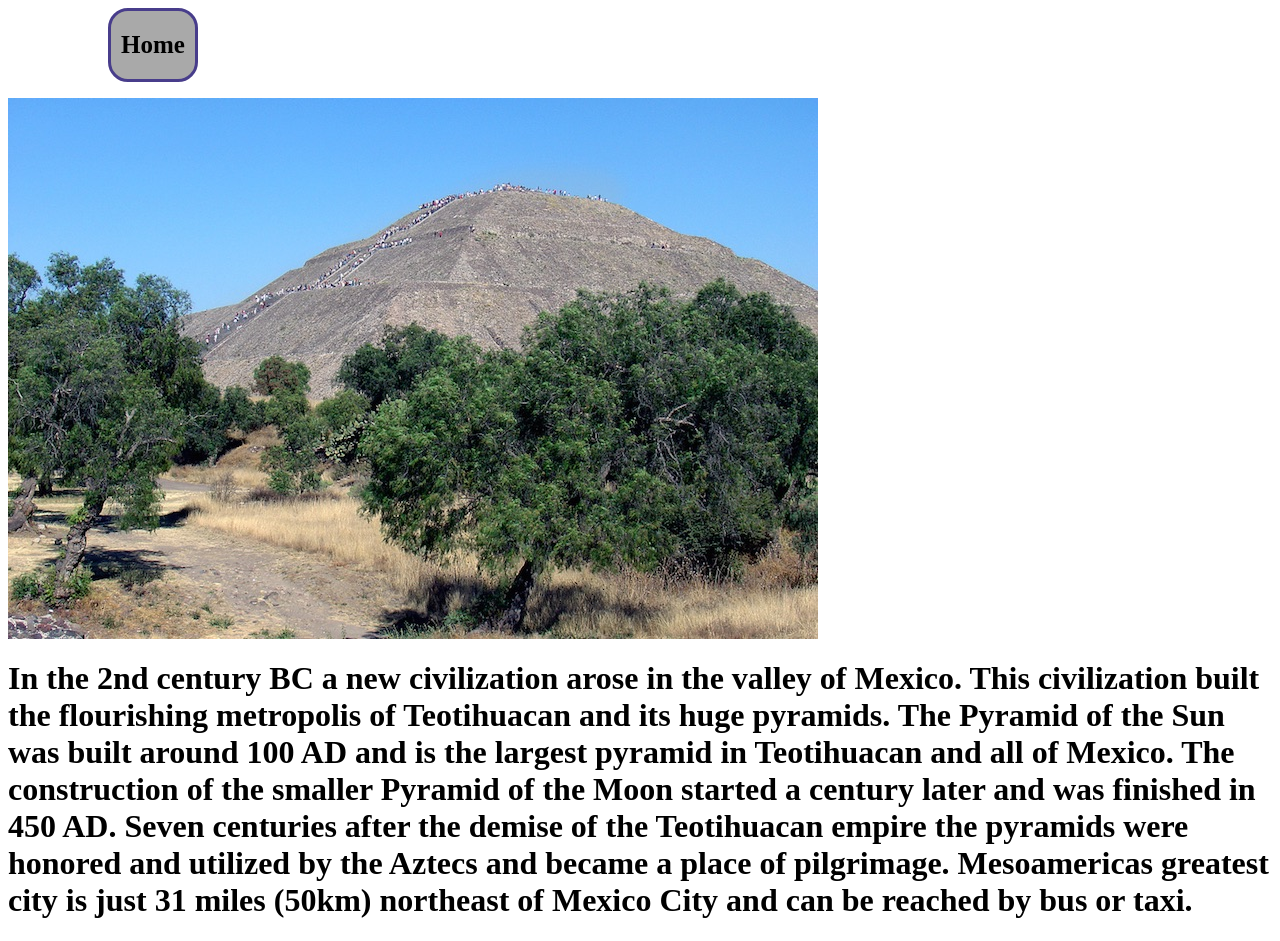
Repository: DamianKryzia/DamianKryzia.github.io
Page: Damian's Website/teotihuacan.html
The author's editor kept a record of every edit. The page is drawn from the files as they stood at one moment, then again after the next edit.
The browser window is 1280 px wide. The pictures show the whole page.

Above is the page before.

### Damian's Website/teotihuacan.html
<html>
    <head>
        <form action = "homepage.html" method = "get">
            <button type = "submit" class = "home"> Home </button>
        </form>
    </head>
    <body>
        <img src = 'images/teotihuacan.jpg'/>
        <h1>In the 2nd century BC a new civilization arose in the valley of Mexico. This civilization built the flourishing metropolis of Teotihuacan and its huge pyramids. The Pyramid of the Sun was built around 100 AD and is the largest pyramid in Teotihuacan and all of Mexico. The construction of the smaller Pyramid of the Moon started a century later and was finished in 450 AD. Seven centuries after the demise of the Teotihuacan empire the pyramids were honored and utilized by the Aztecs and became a place of pilgrimage. Mesoamericas greatest city is just 31 miles (50km) northeast of Mexico City and can be reached by bus or taxi.</h1>
    </body>
    <style>
        .home{
            margin-left:100px;
            padding:20px 10px 20px 10px;
            font-family:"Times New Roman";
            font-weight:bold;
            font-size:25px;
            background-color:#A9A9A9;
            border-radius:20px;
            border:solid;
            border-color:#483D8B;
        }
    </style>
</html>

After the next edit:
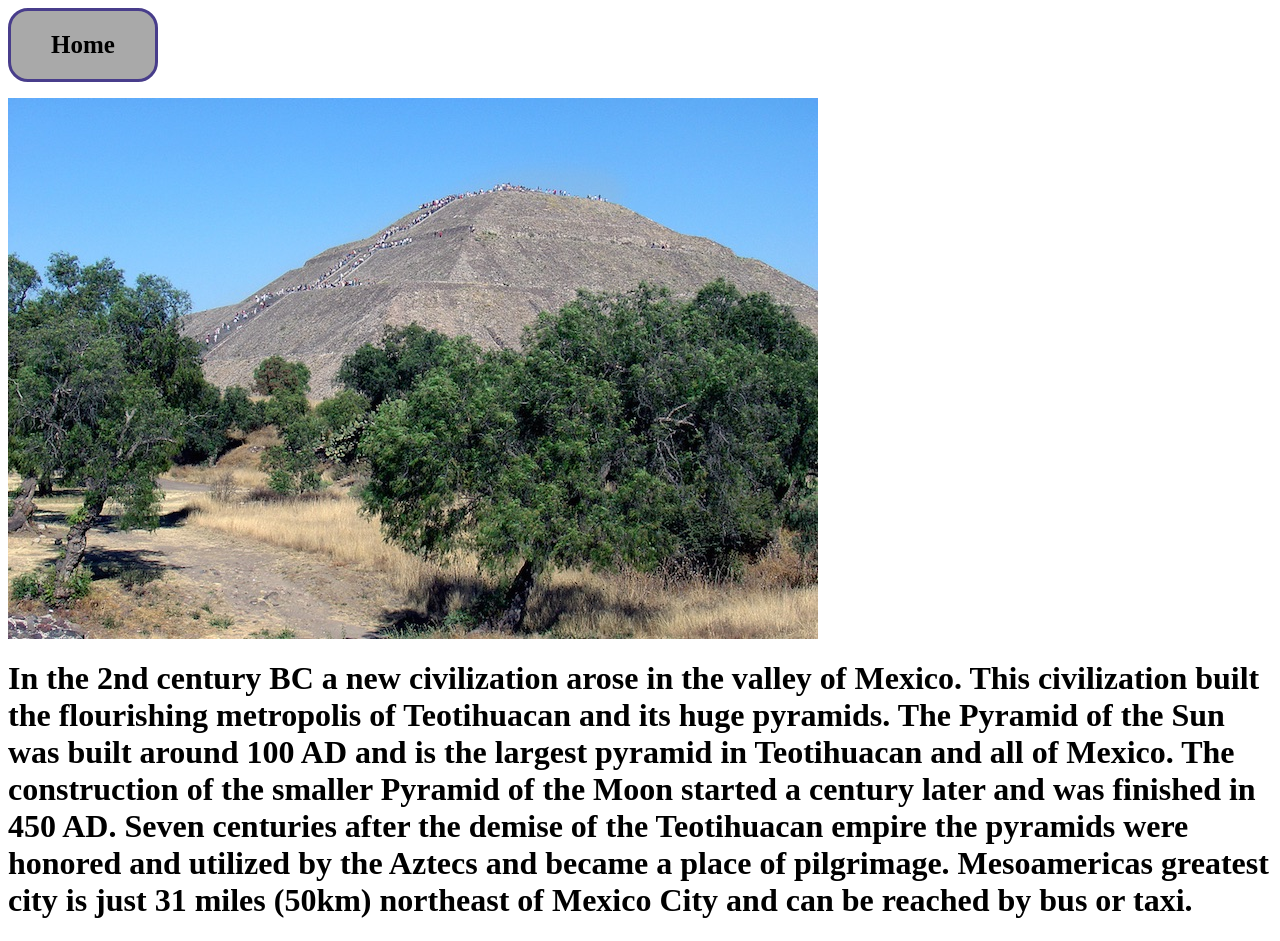
The edit:
--- a/Damian's Website/teotihuacan.html
+++ b/Damian's Website/teotihuacan.html
@@ -10,8 +10,8 @@
     </body>
     <style>
         .home{
-            margin-left:100px;
-            padding:20px 10px 20px 10px;
+            margin-left:0px;
+            padding:20px 40px 20px 40px;
             font-family:"Times New Roman";
             font-weight:bold;
             font-size:25px;
